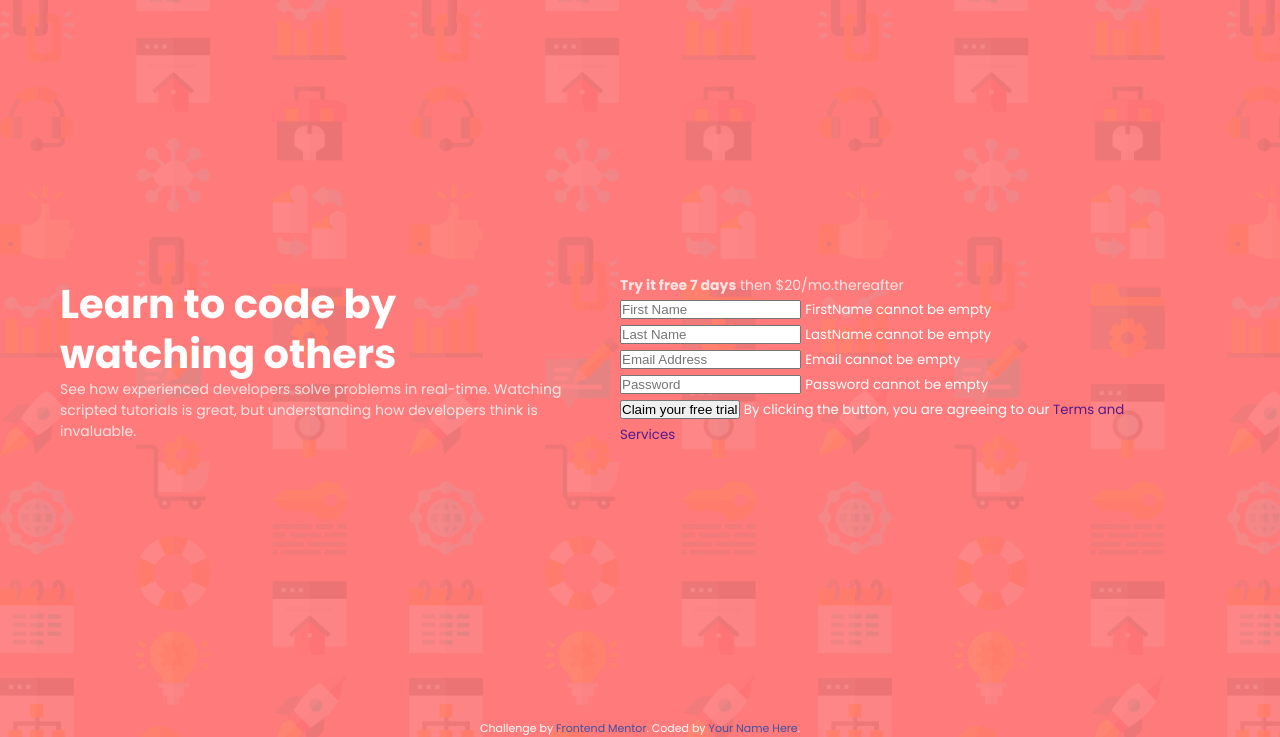
Repository: Akashiii1/WebSignup_Form_Day2
Page: index.html
An editor plug-in stored every save of this project. The page is shown before and after the next save, followed by the edit.
The browser window is 1280 px wide. The pictures show the whole page.

Above is the page before, as saved 2021-12-19 16:47:18.

### index.html
<!DOCTYPE html>
<html lang="en">
  <head>
    <meta charset="UTF-8" />
    <meta name="viewport" content="width=device-width, initial-scale=1.0" />
    <!-- displays site properly based on user's device -->

    <link
      rel="icon"
      type="image/png"
      sizes="32x32"
      href="./images/favicon-32x32.png"
    />

    <title>Frontend Mentor | Intro component with sign up form</title>

    <!-- Feel free to remove these styles or customise in your own stylesheet 👍 -->
    <link rel="stylesheet" href="style.css" />
    <style>
      .attribution {
        font-size: 11px;
        text-align: center;
      }

      .attribution a {
        color: hsl(228, 45%, 44%);
      }
    </style>
  </head>

  <body>
    <!--




  First Name
  Last Name
  Email Address
  Password



   -->
    <div class="container">
      <div>
        <h1>Learn to code by watching others</h1>
        <p>
          See how experienced developers solve problems in real-time. Watching
          scripted tutorials is great, but understanding how developers think is
          invaluable.
        </p>
      </div>
      <div>
        <div class="box box-blue">
          <p><strong> Try it free 7 days</strong> then $20/mo.thereafter</p>
        </div>
        <form action="" class="box">
          <div class="form-control">
            <input type="text" id="firstName" placeholder="First Name"/>
            <small>FirstName cannot be empty</small>
          </div>
          <div class="form-control">
            <input type="text" id="lastName" placeholder="Last Name"/>
            <small>LastName cannot be empty</small>
          </div>
          <div class="form-control">
            <input type="email" id="email" placeholder="Email Address"/>
            <small> Email cannot be empty </small>
            <!-- <small> Email is not valid</small> -->

          </div>
          <div class="form-control">
            <input type="password" id="passWord" placeholder="Password"/>
            <small> Password cannot be empty </small>
          </div>
          <button>Claim your free trial</button>
          <small
            >By clicking the button, you are agreeing to our
            <a href="">Terms and Services</a></small
          >
        </form>
      </div>
    </div>
    <footer>
      <p class="attribution">
        Challenge by
        <a href="https://www.frontendmentor.io?ref=challenge" target="_blank"
          >Frontend Mentor</a
        >. Coded by <a href="#">Your Name Here</a>.
      </p>
    </footer>
    <script src="app.js"></script>
  </body>
</html>

### style.css
@import url('https://fonts.googleapis.com/css2?family=Poppins:wght@400;500;600;700&display=swap');
html {
box-sizing: border-box;
font-size: 100%;
}
*{
margin: 0;
padding: 0;
}
*,*:before,*:after {
box-sizing: border-box;
}
input,
textarea,
select,
button{
outline: none;
}
input{
line-height: normal;
}
label,
button{
cursor: pointer;
}
a {
text-decoration: none;
}
img {
display: block;
max-width: 100%;
}
body{
  font-family: 'Poppins', sans-serif;
  background-image: url(images/bg-intro-desktop.png);
  background-size: cover;
  background-color: hsl(0, 100%, 74%) ;
  color: #fff;
}
.container{
  display: flex;
  flex-wrap: wrap;
  max-width: 1200px;
  padding: 40px;
  justify-content: center;
  align-items: center;
  min-height: 100vh;
}
.container > div{
  flex: 1;
  padding: 0 20px;
}
.container h1{
  font-size: 40px;
  line-height: 50px;
}
.container p{
  opacity: 0.8;
  font-size: 14px;
}

Loaded but not shown: app.js (no stored copy; drawn as an empty file)

After the next save:
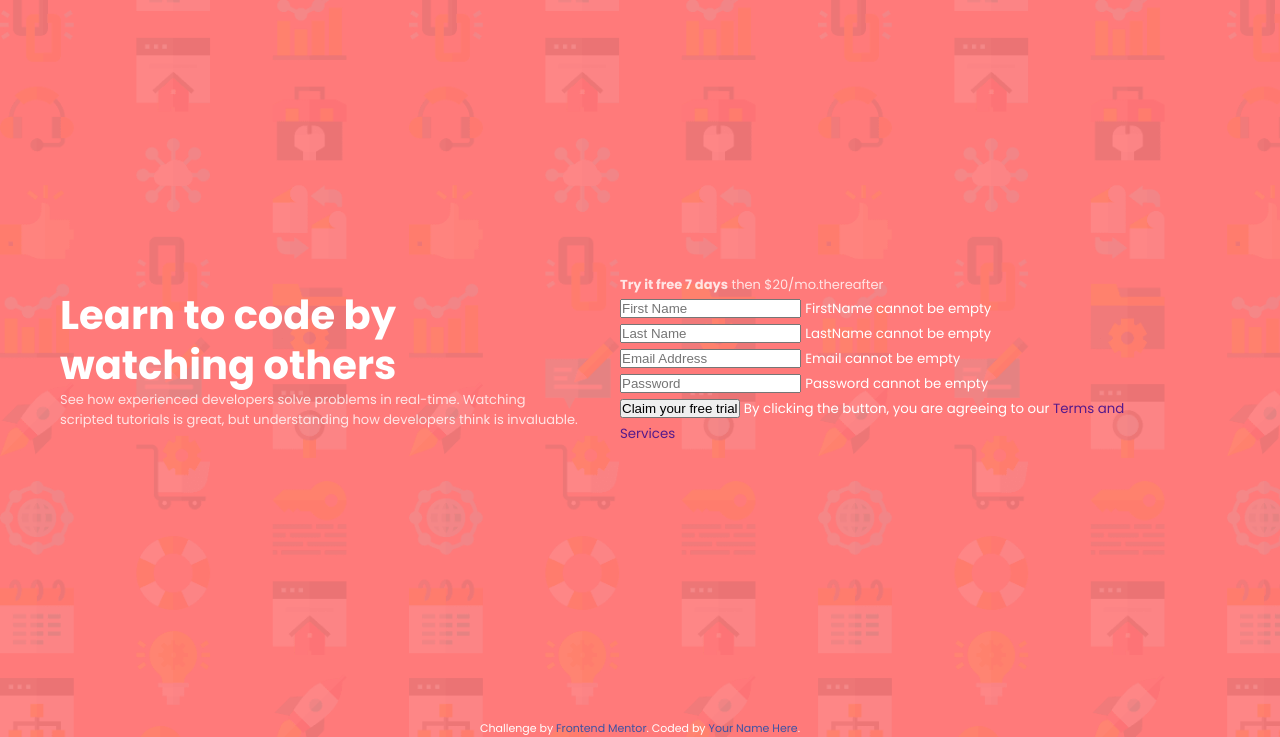
Saved 33 s later.
--- a/style.css
+++ b/style.css
@@ -56,5 +56,5 @@ body{
 }
 .container p{
   opacity: 0.8;
-  font-size: 14px;
+  font-size: 13px;
 }
